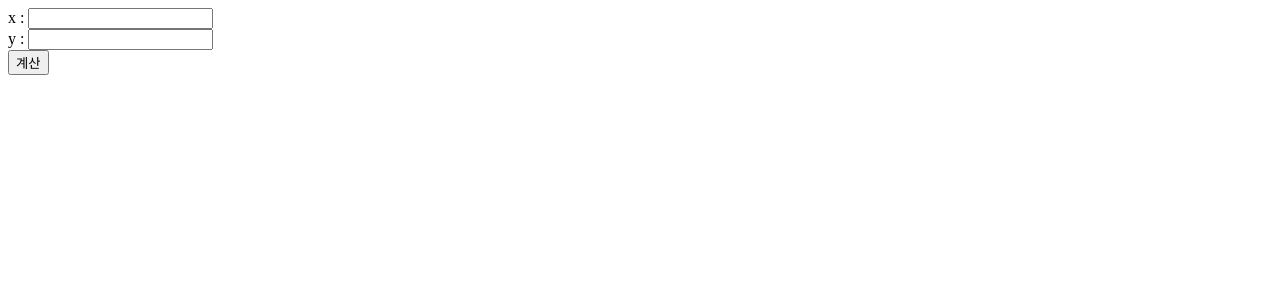
Repository: Dabee-ee/JAVA-lesson2
Page: Personal/JSPPrj/WebContent/calc.html
These files come from the project's save history. The page is drawn as it stood at one moment and after the next save; the edit follows.
The browser window is 1280 px wide. The pictures show the whole page.

Above is the page before, as saved 2021-03-12 12:18:45.

After the next save:
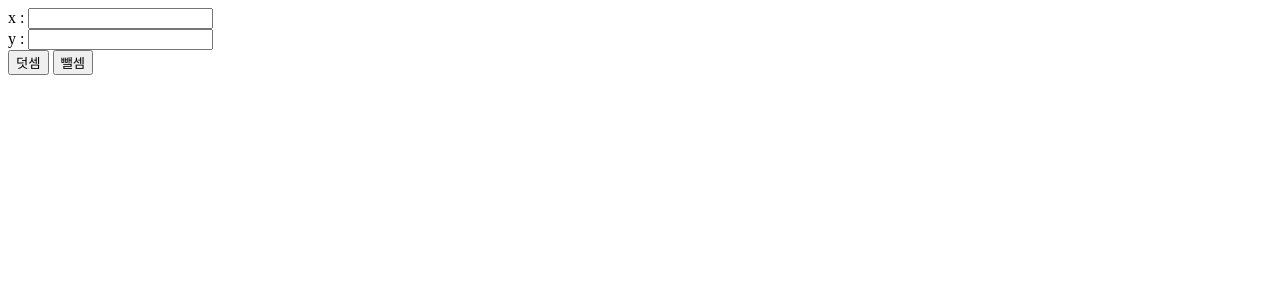
Saved 40 s later.
--- a/Personal/JSPPrj/WebContent/calc.html
+++ b/Personal/JSPPrj/WebContent/calc.html
@@ -19,7 +19,8 @@
 			</div>
 
 			<div>
-			<input type="submit" value="계산" />
+			<input type="submit" value="덧셈" />
+			<input type="submit" value="뺄셈" />
 			</div>
 
 		</form>
